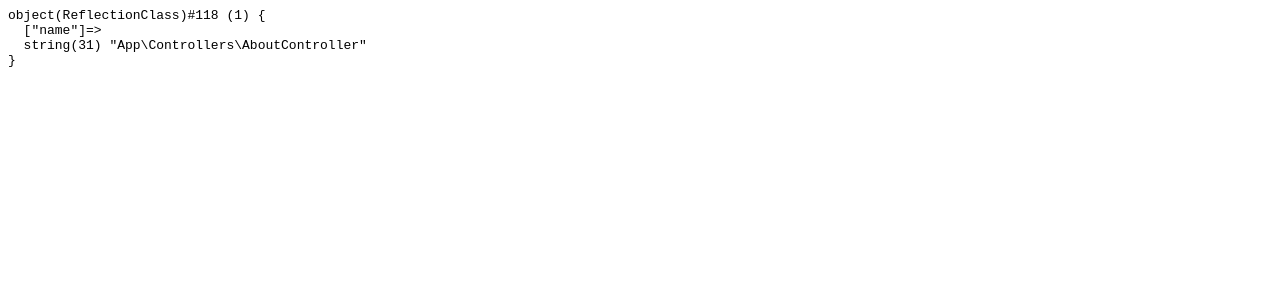
Repository: Conjet/PHPiggy
Page: http://localhost/about
These files come from the project's save history. The page is drawn as it stood at one moment and after the next save; the edit follows.
The browser window is 1280 px wide. The pictures show the whole page.
The page is run by PHP 8.4 with error messages shown; the project is at /var/www/html/.

Above is the page before, as saved 2023-08-31 00:11:11.

### public/index.php
<?php

include __DIR__."/../src/App/functions.php";

$app = include __DIR__.'/../src/App/bootstrap.php';

$app->run();

### src/App/functions.php
<?php

declare(strict_types=1);

function dd(mixed $value)
{
    echo '<pre>';
    var_dump($value);
    echo '</pre>';
    die();
}

function e(mixed $value): string
{
    return htmlspecialchars((string) $value);
}

### src/App/bootstrap.php
<?php

declare(strict_types=1);

require __DIR__ . '/../../vendor/autoload.php';

use Framework\App;
use App\Config\Paths;

use function App\Config\registerRoutes;

$app = new App(Paths::SOURCE . "App/container-definitions.php");

registerRoutes($app);

return $app;

### src/App/Config/Routes.php
<?php

declare(strict_types=1);

namespace App\Config;

use App\Controllers\{HomeController, AboutController};

use Framework\App;

function registerRoutes(App $app)
{
    $app->get('/', [HomeController::class, 'home']);
    $app->get('/about', [AboutController::class, 'about']);
}

### src/Framework/App.php
<?php

declare(strict_types=1);

namespace Framework;

// echo time();
class App
{
    private Router $router;
    private Container $container;

    public function __construct(string $containerDefinitionsPath = null)
    {
        $this->router = new Router();
        $this->container = new Container();

        if ($containerDefinitionsPath) {
            $containerDefinitions = include $containerDefinitionsPath;
            $this->container->addDefinitions($containerDefinitions);
        }
    }

    public function run()
    {
        $path = parse_url($_SERVER['REQUEST_URI'], PHP_URL_PATH);
        $method = $_SERVER['REQUEST_METHOD'];

        $this->router->dispatch($path, $method, $this->container);
    }

    public function get(string $path, array $controller)
    {
        $this->router->add('GET', $path, $controller);
    }
}

### src/App/Config/Paths.php
<?php

declare(strict_types=1);

namespace App\Config;

class Paths
{
    public const VIEW = __DIR__ . "/../views";
    public const SOURCE =  __DIR__ . "/../../";
}

### src/Framework/Router.php
<?php

declare(strict_types=1);

namespace Framework;

class Router
{
    private array $routes = [];

    public function add(string $method, string $path, array $controller)
    {

        $path = $this->normalizePath($path);

        $this->routes[] = [
            'path' => $path,
            'method' => strtoupper($method),
            'controller' => $controller
        ];
    }

    private function normalizePath(string $path): string
    {
        // #[/]{2,}#
        $path = trim($path, '/');
        $path = '/' . $path . '/';
        $path = preg_replace('#[/]{2,}#', '/', $path);

        return $path;
    }

    public function dispatch(string $path, string $method, Container $container = null)
    {
        $path = $this->normalizePath($path);
        $method = strtoupper($method);

        foreach ($this->routes as $route) {
            if (!preg_match("#^{$route['path']}$#", $path) || $route['method'] !== $method) {
                continue;
            }

            [$class, $function] = $route['controller'];

            $controllerInstance = $container ?
                $container->resolve($class) :
                new $class;

            $controllerInstance->$function();
        }
    }
}

### src/Framework/Container.php
<?php

declare(strict_types=1);

namespace Framework;

use ReflectionClass;
use Framework\Exceptions\ContainerException;

class Container
{
    private array $definitions = [];

    public function addDefinitions(array $newDefinitions)
    {
        $this->definitions = [...$this->definitions, ...$newDefinitions];
    }

    public function resolve(string $className)
    {
        $reflectionClass = new ReflectionClass($className);

        if (!$reflectionClass->isInstantiable()) {
            throw new ContainerException("Class {$className} is not instantiable");
        }
        dd($reflectionClass);
    }
}

### src/App/container-definitions.php
<?php

declare(strict_types=1);

use Framework\TemplateEngine;
use App\Config\Paths;

return [
    TemplateEngine::class => fn () => new TemplateEngine(Paths::VIEW)
];

### src/App/Controllers/AboutController.php
<?php

declare(strict_types=1);

namespace App\Controllers;

use Framework\TemplateEngine;
use App\Config\Paths;

class AboutController
{

    private TemplateEngine $view;

    public function __construct()
    {
        $this->view = new TemplateEngine(Paths::VIEW);
    }

    public function about()
    {
        echo $this->view->render('/about.php', [
            'title' => 'About',
            'dangerousData' => '<script>alert(123)</script>'
        ]);
    }
}

After the next save:
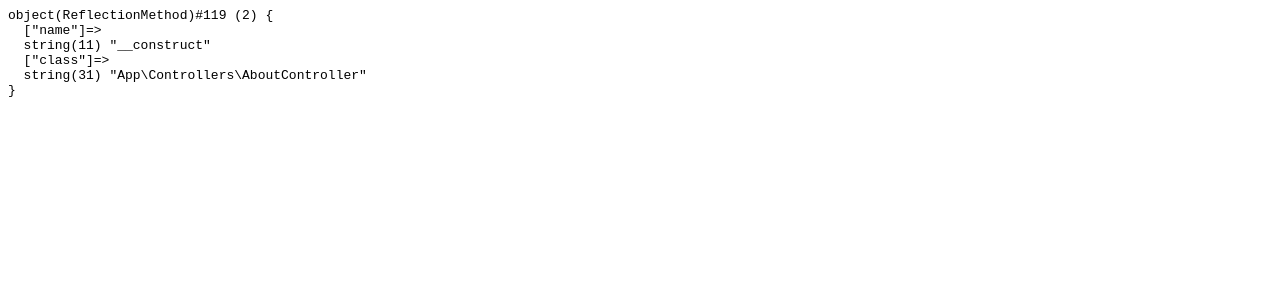
Saved 4 min 28 s later.
--- a/src/Framework/Container.php
+++ b/src/Framework/Container.php
@@ -23,6 +23,15 @@ class Container
         if (!$reflectionClass->isInstantiable()) {
             throw new ContainerException("Class {$className} is not instantiable");
         }
-        dd($reflectionClass);
+
+        $contructor = $reflectionClass->getConstructor();
+
+        if (!$contructor) {
+            return new $className;
+        }
+
+        $parameters = $contructor->getParameters();
+
+        dd($contructor);
     }
 }
